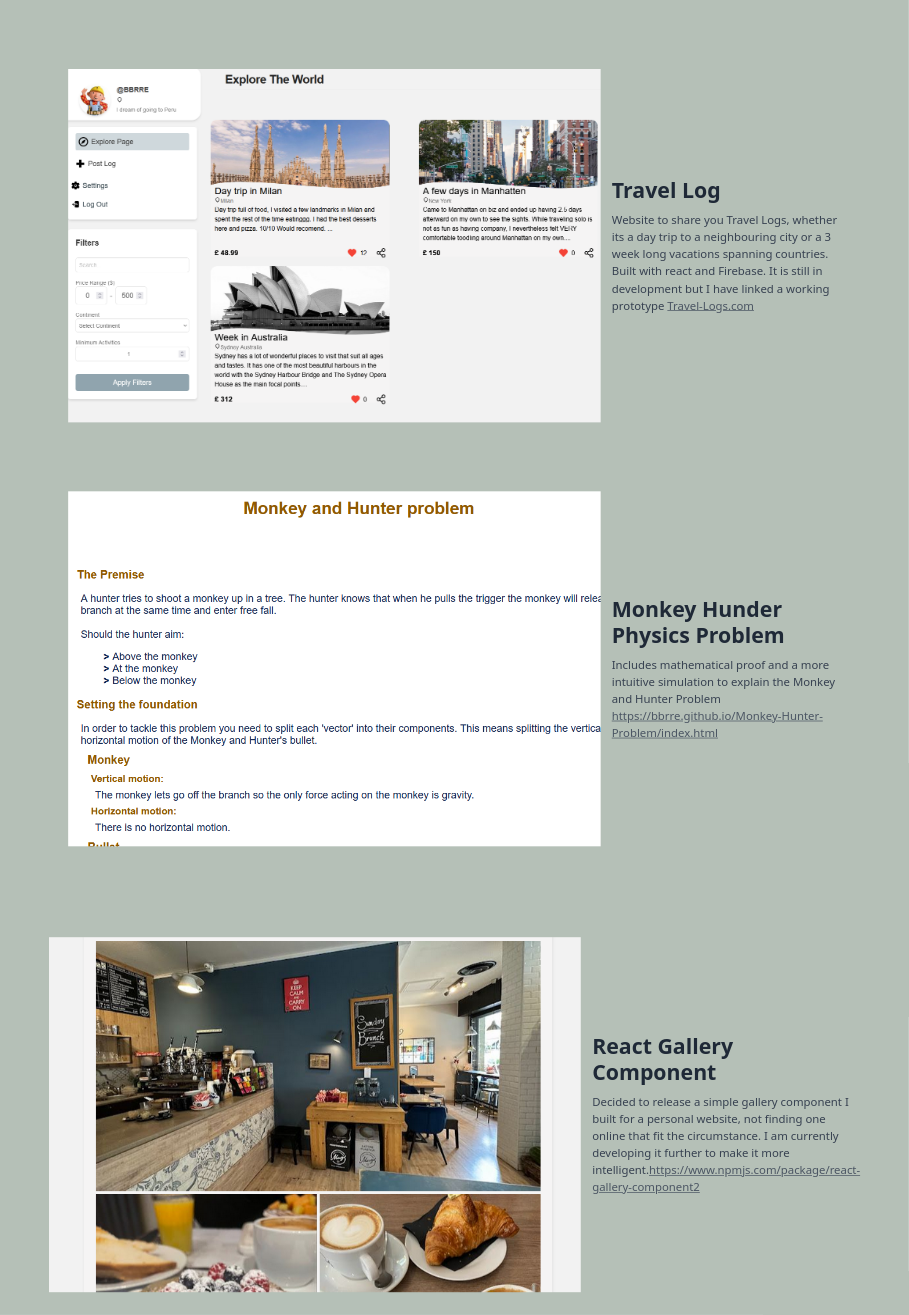
Repository: BBRRE/Portfolio-V2
Page: /#/Computer-Sci
The author's editor kept a copy of each file at every save. The page is drawn from the files as they stood at one save, then again after the next save.
The browser window is 1280 px wide. The pictures show the whole page, at 71% of full size.
Some web fonts or font styles are not loaded; a fallback is used. The project was rebuilt for these pictures with package versions that can differ from the ones it lists, and the page was loaded fresh each time. Also part of the build but not shown: vite.config.js, src/Subjects/Archi.jsx, src/Subjects/EEng.jsx, src/Subjects/Other.jsx, src/Projects Overview.jsx, src/HomePage.jsx, src/ErrorBoundary.jsx.

Above is the page before, as saved 2024-11-29 09:01:32.

### index.html
<!doctype html>
<html lang="en">
  <head>
    <meta charset="UTF-8" />
    <link rel="icon" type="image/svg+xml" href="src\assets\letter-bb.svg" />
    <link href="https://fonts.googleapis.com/css2?family=Inconsolata&family=Italiana&family=Hubballi&family=Julius+Sans+One&display=swap" rel="stylesheet">
    <link rel="preconnect" href="https://fonts.googleapis.com" />
<link rel="preconnect" href="https://fonts.gstatic.com" crossorigin />
<link
  rel="stylesheet"
  href="https://fonts.googleapis.com/css2?family=Roboto:wght@300;400;500;700&display=swap"
/>
<link
  rel="stylesheet"
  href="https://fonts.googleapis.com/icon?family=Material+Icons"
/>

    <meta name="viewport" content="width=device-width, initial-scale=1.0" />
    <title>Bilaal Bare</title>
  </head>
  <body>
    <div id="root"></div>
    <script type="module" src="/src/main.jsx"></script>
  </body>
</html>

### src/main.jsx
import React from 'react'
import ReactDOM from 'react-dom/client'
import App from './App'
import ErrorBoundary from './ErrorBoundary'
import './index.css'

ReactDOM.createRoot(document.getElementById('root')).render(
  <React.StrictMode>
    <ErrorBoundary>
      <App />
    </ErrorBoundary>
  </React.StrictMode>
)

### src/App.jsx
import { HashRouter as Router, Routes, Route } from 'react-router-dom';
import Archi from './Subjects/Archi.jsx'
import CompSci from './Subjects/CompSci.jsx'
import EEng from './Subjects/EEng.jsx'
import Other from './Subjects/Other.jsx'
import { HomePage } from './HomePage'
import { useState, useEffect } from 'react'

function App() {
  useEffect(() => {
    console.log('App component mounted')
  }, [])

  return (
    <Router>
        <Routes>
          <Route path="/" element={<HomePage />} />
          <Route path="/Architecture" element={<Archi />} />
          <Route path="/Electronic-Eng" element={<EEng />} />
          <Route path="/Computer-Sci" element={<CompSci />} />
          <Route path="/Other" element={<Other />} />
        </Routes>
    </Router>
  )
}

export default App

### src/index.css
@tailwind base;
@tailwind components;
@tailwind utilities;

@layer utilities {
  .bg-dot-pattern {
    background-image: radial-gradient(circle, rgba(0, 0, 0, 0.2) 1px, transparent 1px);
    background-size: 50px 50px; /* Adjust the spacing here */
  }
}

### src/Subjects/CompSci.jsx
import React from 'react'
import cs from '../assets/aaaa.png'
import ph from '../assets/Monkey.png'
import tr from '../assets/tra.png'

const CompSci = () => {
  return (
    <div className='bg-[#B5C0B7] w-full h-auto min-h-screen grid grid-cols-1'>
      <div className='flex md:flex-row flex-col justify-center align-middle w-[85%] h-[500px] mx-auto mt-24'>
        <img src={cs} />
        <div className="flex flex-col ml-4 gap-3 justify-center">
          <h2 className=" text-left text-xl md:text-2xl lg:text-3xl font-semibold text-gray-800">
            Travel Log
          </h2>
        <p className="text-gray-700 text-sm md:text-base leading-relaxed max-w-[400px]">
          Website to share you Travel Logs, whether its a day trip to a neighbouring city or a 3 week long vacations spanning countries. Built with react
          and Firebase. It is still in development but I have linked a working prototype <a href="https://Travel-Logs.com/" className='underline text-gray-600'>Travel-Logs.com</a>
        </p>
        </div>
      </div>

      <div className='flex md:flex-row flex-col justify-center align-middle w-[85%] h-[500px] mx-auto mt-24 mb-8'>
        <img src={ph} />
        <div className="flex flex-col ml-4 gap-3 justify-center">
          <h2 className=" text-left text-xl md:text-2xl lg:text-3xl font-semibold text-gray-800">
            Monkey Hunder Physics Problem
          </h2>
        <p className="text-gray-700 text-sm md:text-base leading-relaxed max-w-[400px]">
        Includes mathematical proof and a more intuitive simulation to explain the Monkey and Hunter Problem  <a href="https://bbrre.github.io/Monkey-Hunter-Problem/index.html" className='underline text-gray-600'>https://bbrre.github.io/Monkey-Hunter-Problem/index.html</a>
        </p>
        </div>
      </div>

      <div className='flex md:flex-row flex-col justify-center align-middle w-[85%] h-[500px] mx-auto mt-24 mb-8'>
        <img src={tr} />
        <div className="flex flex-col ml-4 gap-3 justify-center">
          <h2 className=" text-left text-xl md:text-2xl lg:text-3xl font-semibold text-gray-800">
            React Gallery Component
          </h2>
        <p className="text-gray-700 text-sm md:text-base leading-relaxed max-w-[400px]">
        Decided to release a simple gallery component I built for a personal website, not finding one online that fit the circumstance. I am currently developing it further to make it more intelligent.<a href="https://www.npmjs.com/package/react-gallery-component2" className='underline text-gray-600'>https://www.npmjs.com/package/react-gallery-component2</a>
        </p>
        </div>
      </div>

    </div>
  )
}

export default CompSci

### tailwind.config.js
/** @type {import('tailwindcss').Config} */
export default {
    darkMode: ["class"],
    content: ["index.css",
  "./src/**/*.{js,ts,jsx,tsx}",],
  theme: {
  	extend: {
  		backgroundImage: {
  			noise: "url('/src/assets/nnnoise.svg')",
  			undulate: "url('/src/assets/uuundulate.svg')"
  		},
  		fontFamily: {
  			inconsolata: ['Inconsolata', 'monospace'],
  			italiana: ['Italiana', 'serif'],
  			hubballi: ['Hubballi', 'cursive'],
  			julius: ['Julius Sans One"', 'sans-serif']
  		},
      keyframes: {
        fadeIn: {
          '0%': { opacity: '0' },
          '100%': { opacity: '1' },
        },
      }
  	}
  }
}

After the next save:
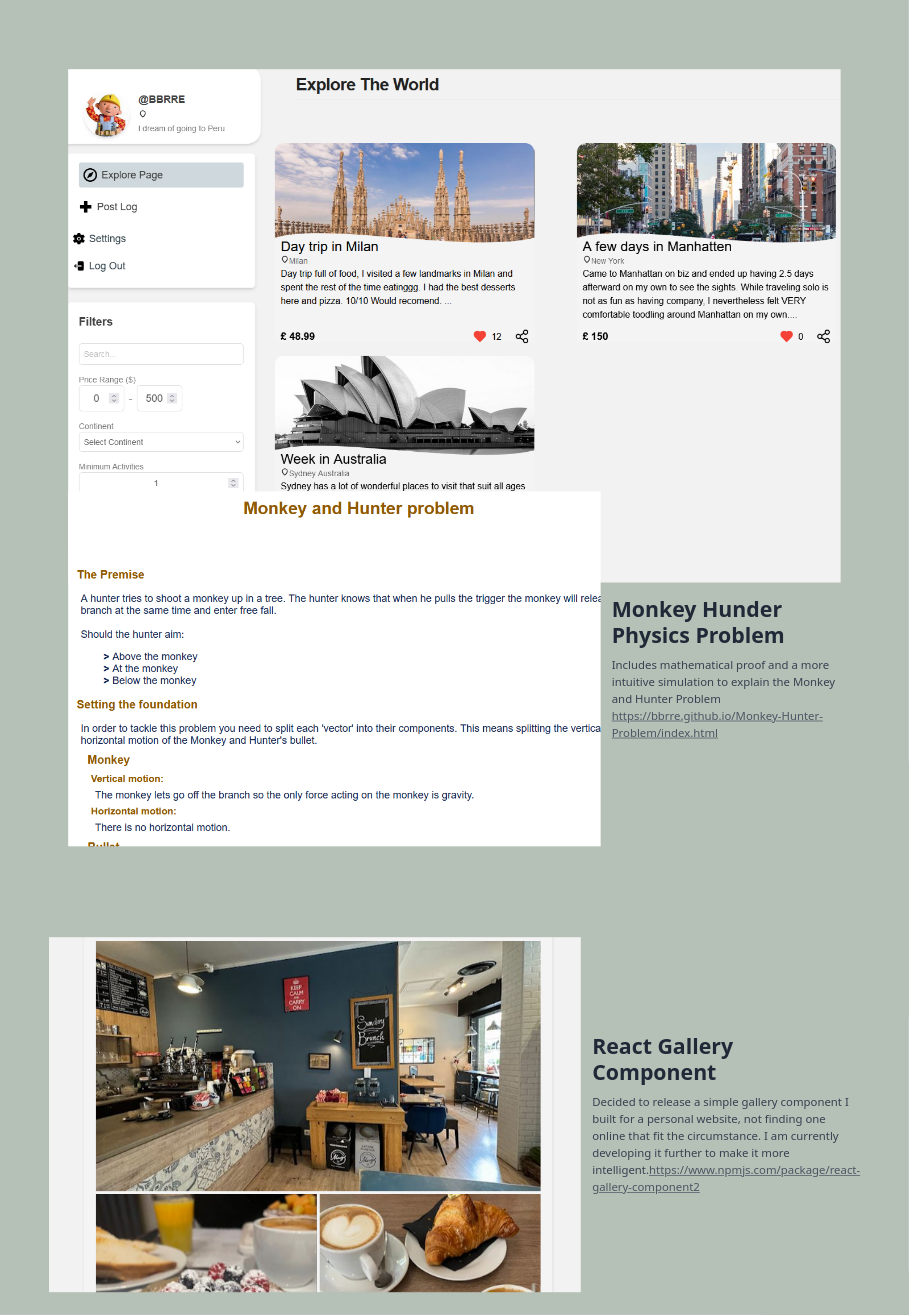
Saved 6 min 24 s later.
--- a/src/Subjects/CompSci.jsx
+++ b/src/Subjects/CompSci.jsx
@@ -6,7 +6,7 @@ import tr from '../assets/tra.png'
 const CompSci = () => {
   return (
     <div className='bg-[#B5C0B7] w-full h-auto min-h-screen grid grid-cols-1'>
-      <div className='flex md:flex-row flex-col justify-center align-middle w-[85%] h-[500px] mx-auto mt-24'>
+      <div className='md:flex-row flex-col justify-center align-middle w-[85%] h-[500px] mx-auto mt-24'>
         <img src={cs} />
         <div className="flex flex-col ml-4 gap-3 justify-center">
           <h2 className=" text-left text-xl md:text-2xl lg:text-3xl font-semibold text-gray-800">
